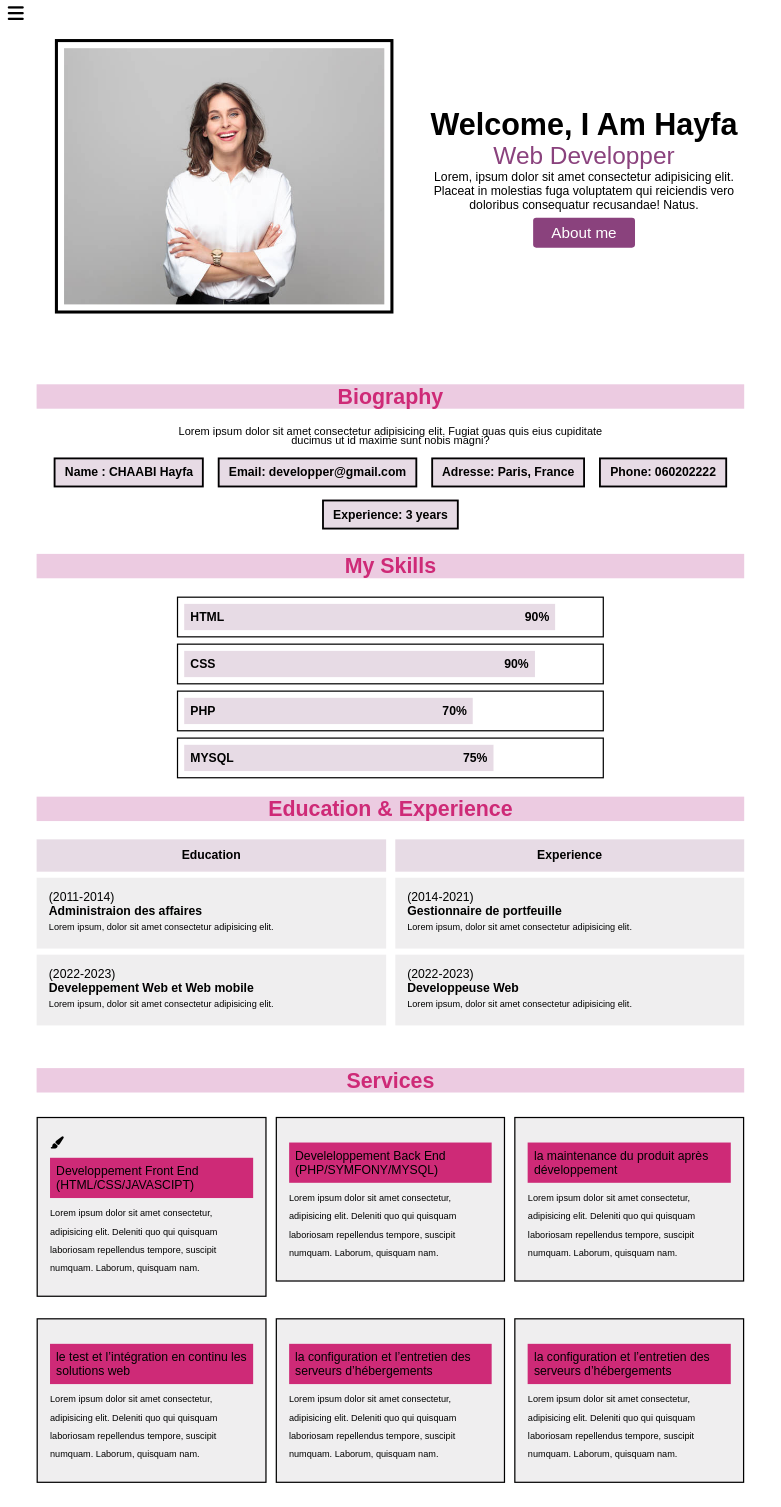
Repository: haifabilel/portfolio_project
Page: http://localhost/
An editor plug-in stored every save of this project. The page is shown before and after the next save, followed by the edit.
The browser window is 1280 px wide. The pictures show the whole page, at 61% of full size.
Some web fonts or font styles are not loaded; a fallback is used. The page is run by PHP 8.4 with error messages shown; the project is at /var/www/html/.

Above is the page before, as saved 2023-09-17 13:59:00.

### index.php
<!DOCTYPE html>
<html lang="fr">
<head>
    <meta charset="UTF-8">
    <meta name="viewport" content="width=device-width, initial-scale=1.0">
    <title>Portfolio</title>
    <!-- Font awesome cdn -->
    <link rel="stylesheet" href="https://cdnjs.cloudflare.com/ajax/libs/font-awesome/6.4.2/css/all.min.css">
    <!-- css link -->
    <link rel="stylesheet" href="css/style.css"
</head>
<body>
<!-- Header Section Starts -->
<header class="header">
<div id="menu-btn" class="fas fa-bars"></div>

    <a href="#home" class="logo">
       <img src="asset/logo.png" class="logo" alt="image-logo">
    </a>
<nav class="navbar">
    <a href="#home"class="active">Home</a>
    <a href="#about">About me</a>
    <a href="#portfolio">portfolio</a>
    <a href="#contact">Contact me</a>
</nav>
<div class="follow">
<a href="#" class="fab fa-facebook"></a>
<a href="#" class="fab fa-twitter"></a>
<a href="#" class="fab fa-instagram"></a>
<a href="#" class="fab fa-linkedin"></a>
<a href="#" class="fab fa-github"></a>
</div>
</header>

<!-- Header Section Ends -->
<!-- Home Section Starts -->
<section class="home" id="home">
    <div class="image">
        <img src="asset/photo-femme.jpg" alt="photo-femme" class="image-profil" >
    </div>
 <div class="content">
    <h1>Welcome, i am hayfa</h1>
    <p class="developper">Web Developper</p>
    <p>Lorem, ipsum dolor sit amet consectetur adipisicing elit. Placeat in molestias fuga voluptatem qui reiciendis vero doloribus consequatur recusandae! Natus.</p>
    <a href="#about" class="btn">About me</a>
 </div>
</section>
<!-- Home Section Ends -->
<!-- about Section Starts -->
<section class="about"  id="about">
    <h2 class="myBio">Biography</h2>
    <div class="biography">
        <p>Lorem ipsum dolor sit amet consectetur adipisicing elit.
             Fugiat quas quis eius cupiditate ducimus ut id maxime sunt nobis magni? </p>
        <h3> Name : CHAABI Hayfa </h3>
        <h3> Email: developper@gmail.com </h3>
        <h3> Adresse: Paris, France </h3>
        <h3> Phone: 060202222 </h3>
        <h3> Experience: 3 years </h3>
    </div>
<div class="skills">
<h2 class="myskills">My Skills</h2>
<div class="progress">
    <div class="bar"><h3><span>HTML</span><span>90%</span></h3></div>
    <div class="bar"><h3><span>CSS</span><span>90%</span></h3></div>
    <div class="bar"><h3><span>PHP</span><span>70%</span></h3></div>
    <div class="bar"><h3><span>MYSQL</span><span>75%</span></h3></div>
</div>
</div>

<div class="education_experienes">
     <h2 class="myskills">Education & Experience</h2>
    <div class="row">
        <div class="box_container">
            <h3 class="titre">Education</h3>
            <div class="box">
                <span>(2011-2014)</span>
                <h4>Administraion des affaires</h4>
                <p>Lorem ipsum, dolor sit amet consectetur
                    adipisicing elit.</p>
            </div>

            <div class="box">
                <span>(2022-2023)</span>
                <h4>Develeppement Web et Web mobile</h4>
                <p>Lorem ipsum, dolor sit amet consectetur
                    adipisicing elit.</p>
            </div>
        </div>

        <div class="box_container">
            <h3 class="titre">Experience</h3>
            <div class="box">
                <span>(2014-2021)</span>
                <h4>Gestionnaire de portfeuille</h4>
                <p>Lorem ipsum, dolor sit amet consectetur
                    adipisicing elit.</p>
            </div>

            <div class="box">
                <span>(2022-2023)</span>
                <h4>Developpeuse Web</h4>
                <p>Lorem ipsum, dolor sit amet consectetur
                    adipisicing elit.</p>
            </div>
        </div>
    </div>
</div>
</section>
<!-- about Section Ends -->
<!-- Services Section starts -->
<section class="services" id="services">
<h2 class="myservice">Services</h2>
<div class="box-container">
    <div class="box">
        <i class="fas fa-paint-brush"></i>
        <h3>Developpement Front End (HTML/CSS/JAVASCIPT)</h3>
        <p>Lorem ipsum dolor sit amet consectetur, adipisicing elit. Deleniti quo qui quisquam laboriosam repellendus tempore,
            suscipit numquam. Laborum, quisquam nam.</p>
    </div>

    <div class="box">
        <h3>Develeloppement Back End (PHP/SYMFONY/MYSQL)</h3>
        <p>Lorem ipsum dolor sit amet consectetur, adipisicing elit. Deleniti quo qui quisquam laboriosam repellendus tempore,
            suscipit numquam. Laborum, quisquam nam.</p>
    </div>

    <div class="box">
        <h3>la maintenance du produit après développement</h3>
        <p>Lorem ipsum dolor sit amet consectetur, adipisicing elit. Deleniti quo qui quisquam laboriosam repellendus tempore,
            suscipit numquam. Laborum, quisquam nam.</p>
    </div>
    <div class="box">

        <h3>le test et l’intégration en continu les solutions web</h3>
        <p>Lorem ipsum dolor sit amet consectetur, adipisicing elit. Deleniti quo qui quisquam laboriosam repellendus tempore,
            suscipit numquam. Laborum, quisquam nam.</p>
    </div>
    <div class="box">
        <h3>la configuration et l’entretien des serveurs d’hébergements</h3>
        <p>Lorem ipsum dolor sit amet consectetur, adipisicing elit. Deleniti quo qui quisquam laboriosam repellendus tempore,
            suscipit numquam. Laborum, quisquam nam.</p>
    </div>
    <div class="box">
        <h3>la configuration et l’entretien des serveurs d’hébergements</h3>
        <p>Lorem ipsum dolor sit amet consectetur, adipisicing elit. Deleniti quo qui quisquam laboriosam repellendus tempore,
            suscipit numquam. Laborum, quisquam nam.</p>
    </div>
</div>
</section>



<!-- Services Section ends -->











<script src="js/script.js"></script>
</body>
</html>

### css/style.css
@import url('https://fonts.googleapis.com/css2?family=Crimson+Text:wght@400;600&family=EB+Garamond:wght@400;500;600&family=Lora:ital@1&family=Nanum+Myeongjo:wght@400;700;800&family=Poppins:ital,wght@1,200;1,300;1,400;1,500&display=swap');
:root{
    --black:#000;
    -white:#fff;
    --pinkLight:#ce2a77;
    --pink:#8e6787;
    --light-bg:#eccbe1;
    --light-bg2:#dccad8ab;
    --border-bold:.4rem solid var(--pink);
    --box--shadow:7px 6px 5px 0px rgba(0,0,0,0.4);
}
*{
    font-family: 'EB Garamond', 'Arial',' sans-serif';
    margin: 0;
    padding:0;
    box-sizing: border-box;
    outline:none;
    border:none;
    text-decoration:none;

}
*{
    background-color: var(--white);

}
*::-webkit-scrollbar{
    height:.5rem;
    width:1rem;
   }
*::-webkit-scrollbar-track{
    background-color: transparent;
}
*::-webkit-scrollbar-thumb{
    background-color: var(--pink);
}
html{
    font-size:62.5%;
    overflow-x: hidden;
    scroll-behavior: smooth;
}
section{
    padding:3rem 2rem;
    margin:0 auto;
    max-width:1200px;
    text-align: center;

}
body{
 overflow: hidden;
 transition:.2s linear !important;
 text-align: center;
}
body.active{
  padding-left:35rem;
}

/* <!-- Body Section Ends --> */
/* <!-- Header Section Starts --> */
.header{
    position:fixed;
    top:0;left:-35rem;
    height:100vh;
    background-color:var(--white);
    border-right:var(--border-bold);
    width:35rem;
    padding:3rem 2rem;
    text-align:center;
    display: flex;
    align-items: center;
    justify-content: space-between;
    flex-flow: column;
    transition:.2s linear !important;
    text-align: center;

}
header .navbar{
    width: 100%;


}
header .navbar a{
    text-decoration: none;
    font-size: 2.5rem;
    padding:1.5rem;
    margin:3rem;
    display:block;

}
header .navbar a.active,
header .navbar a:hover{
 background-color: #f0aae46b;
 transform: scale(1.2);
}
.header .follow a{
    font-size:2.5rem;
    margin:0 1rem;
    color:#8a427d;
}
.header .follow a:hover{
    transform: scale(2.1);
}
#menu-btn{
   position: absolute;
   top:0; right:-5.5rem;
   height:4.5rem;
   line-height: 4.5rem;
   width:5rem;
   font-size: 3rem;
   cursor: pointer;
   color: var(--white);
}
.logo{
    margin-top: -30px;
    height: 190px;
}
header.active{
   left:0;
}
/* Header Section Ends */
 /* Home Section Starts  */
.home{
    margin-top:-70px;
    margin-bottom: -50px;
    display:flex;
    align-items: center;
    flex-wrap:wrap;
    gap:2rem;
    min-height: 100vh;
}
h1{
    font-size: 5rem;
    text-transform:capitalize;
}

.developper{
    color:#8a427d;
    font-size: 4rem;
}
p{
    font-size: 2rem;
}
.home .image img{
    height:45rem;
    padding:1rem;
    margin:30px;
    border :5px solid black;

}
.home .image{
    flex:1 1 40rem;
}
.home .content{
    flex:1 1 40rem;
}
.btn{
    display: inline-block;
    margin-top:1rem ;
    cursor: pointer;
    padding:1rem 3rem;
    background-color: #8a427d;
    color:#fff;
    border-radius: 5px;
    font-size: 2.5rem;
}
.btn:hover{
    transform: scale(1.1);
    transition: 0.5s;
}
/* Home Section Ends */
/* About section starts */
h2{

    margin-bottom:3rem;
    text-align: center;
    font-size: 3.5rem;
    color: var(--pinkLight);
    background-color: var(--light-bg);

}
h3{
    font-size: 2rem;
}
.biography p{
    margin:1rem auto;
    max-width:70rem;
    line-height:1.5rem;
    font-size:1.7rem;
    font-size: large;
}
.biography{
    margin-top: 1rem;
}
.biography h3{
    padding:1rem 1.5rem;
    display: inline-block;
    margin:1rem;
    background-color:var(--light-bg2);
    word-break:break-all;
    font-size:2rem;
    border:3px solid var(--black);
}
/* My Skills part starts */
.about .skills{
    margin:3rem 0;

}
.skills .progress{
  margin-top: 1rem;
}
.skills .progress .bar{
margin:1rem auto;
max-width: 70rem;
border:2px solid black;
padding:1rem;


}
.bar span{
 font-size: 2rem;
}
.skills .progress .bar h3{
    display: flex;
    align-items: center;
    justify-content: space-between;
    background-color: var(--light-bg2);
    padding: 1rem;
}
.skills .progress .bar:nth-child(1) h3{
   width:90%;
}
.skills .progress .bar:nth-child(2) h3{
    width:85%;
 }
 .skills .progress .bar:nth-child(3) h3{
    width:70%;
 }
 .skills .progress .bar:nth-child(4) h3{
    width:75%;
 }
 /* My Skills part ends */
 /* Education & Experience part starts */
 .education_experienes .row{
    display:flex;
    flex-wrap: wrap;
    gap:1.5rem;
 }
 .row .box_container{
   flex:1 1 40rem;
 }
 .box{
    text-align: left;
    margin:1rem 0;
    padding:2rem;
    background-color: #a9a4a92f;

 }
 .titre{
    padding: 1.5rem;
    font-size:2rem;
    background-color:var(--light-bg2);
 }
 .box h4{
    font-size:2rem;
 }
 .box span{
    font-size:2rem;
 }
/* About section ends */
/* Section SServices starts */
.services .box-container{
    display:grid;
    grid-template-columns: repeat(auto-fit, minmax(30rem,1fr));
    gap:1.5rem;
    align-items:flex-start;
}
.services .box-container .box{
 padding: 3rem 2rem;
 border: 2px solid black;
}
.box i{
    font-size:2rem;
    margin-bottom: .5rem;
}
.box h3{
    margin:1rem 0;
    font-size:2rem;
    padding:1rem;
    background-color: var(--pinkLight);
    font-weight: normal;
}
.box p{
    line-height:2 ;
    font-size: 1.5rem;

}

/* Section SServices ends */







/* media queries */
@media (max-widht:991px){
    html{
        font-size: 55%;
    }
    body .active{
        padding-left: 0;
    }

}

@media (max-widht:450px){
    html{
        font-size: 50%;
    }
    .header.active{
        padding-top:7rem;
    }
    #menu-btn.fa-times{
        right:0;
    }
    .home .image img{
     height:auto;
     width:100%;

    }

    .content h1{
        font-size:2rem;
    }
    .about h2{
        font-size: 1.5rem;
        margin-top:50px;

    }

}

### js/script.js
let menu = document.querySelector('#menu-btn');
let header = document.querySelector('.header');

// Button toggle
menu.onclick = () =>{
   menu.classList.toggle('fa-times');
   header.classList.toggle('active');
   document.body.classList.toggle('active');
}

window.onscroll = () =>{
    if(window.innerWidth < 991){
        menu.classList.remove('fa-times');
        header.classList.remove('active') ;
        document.body.classList.remove('active');
    }
}

After the next save:
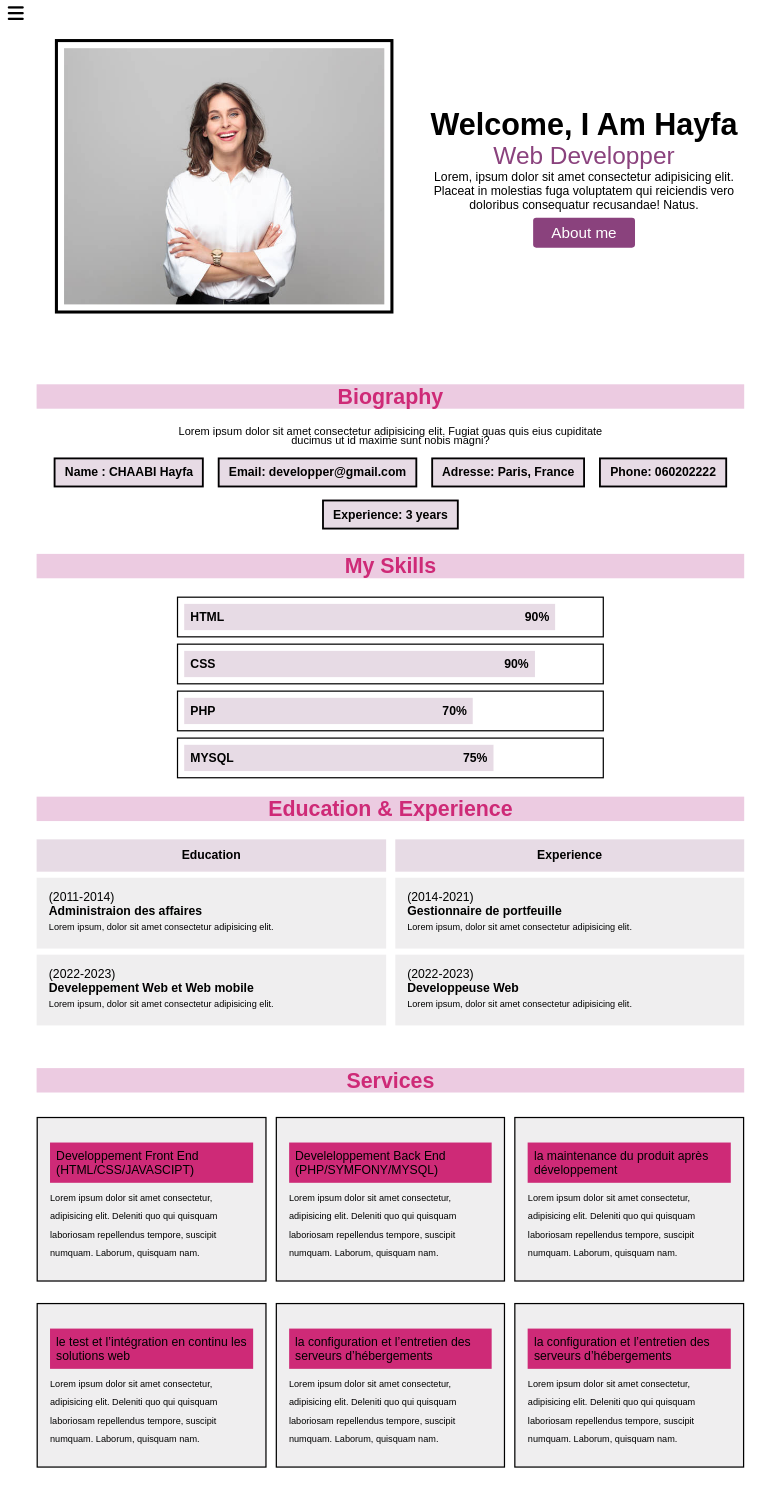
Saved 12 s later.
--- a/index.php
+++ b/index.php
@@ -113,7 +113,6 @@
 <h2 class="myservice">Services</h2>
 <div class="box-container">
     <div class="box">
-        <i class="fas fa-paint-brush"></i>
         <h3>Developpement Front End (HTML/CSS/JAVASCIPT)</h3>
         <p>Lorem ipsum dolor sit amet consectetur, adipisicing elit. Deleniti quo qui quisquam laboriosam repellendus tempore,
             suscipit numquam. Laborum, quisquam nam.</p>
